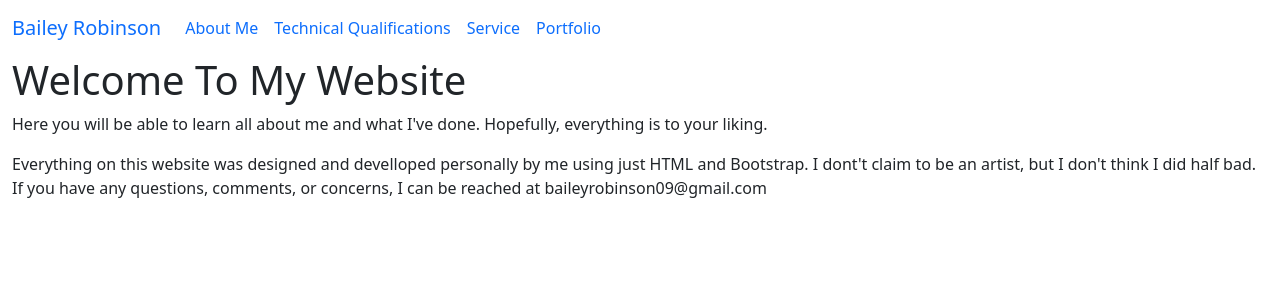
Repository: baileyjrob/personal_website
Page: index.html
An editor plug-in stored every save of this project. The page is shown before and after the next save, followed by the edit.
The browser window is 1280 px wide. The pictures show the whole page.

Above is the page before, as saved 2022-04-20 13:48:35.

After the next save:
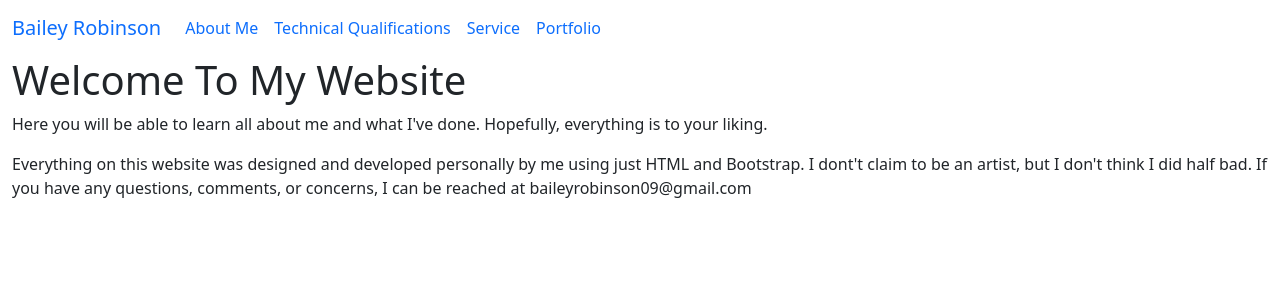
Saved 26 s later.
--- a/index.html
+++ b/index.html
@@ -40,7 +40,7 @@
     <div class="container-fluid">
         <h1>Welcome To My Website</h1>
         <p>Here you will be able to learn all about me and what I've done. Hopefully, everything is to your liking.</p>
-        <p>Everything on this website was designed and develloped personally by me using just HTML and Bootstrap. I
+        <p>Everything on this website was designed and developed personally by me using just HTML and Bootstrap. I
             dont't claim to be an artist, but I don't think I did half bad. If you have any questions, comments, or
             concerns, I can be reached at baileyrobinson09@gmail.com
         </p>
